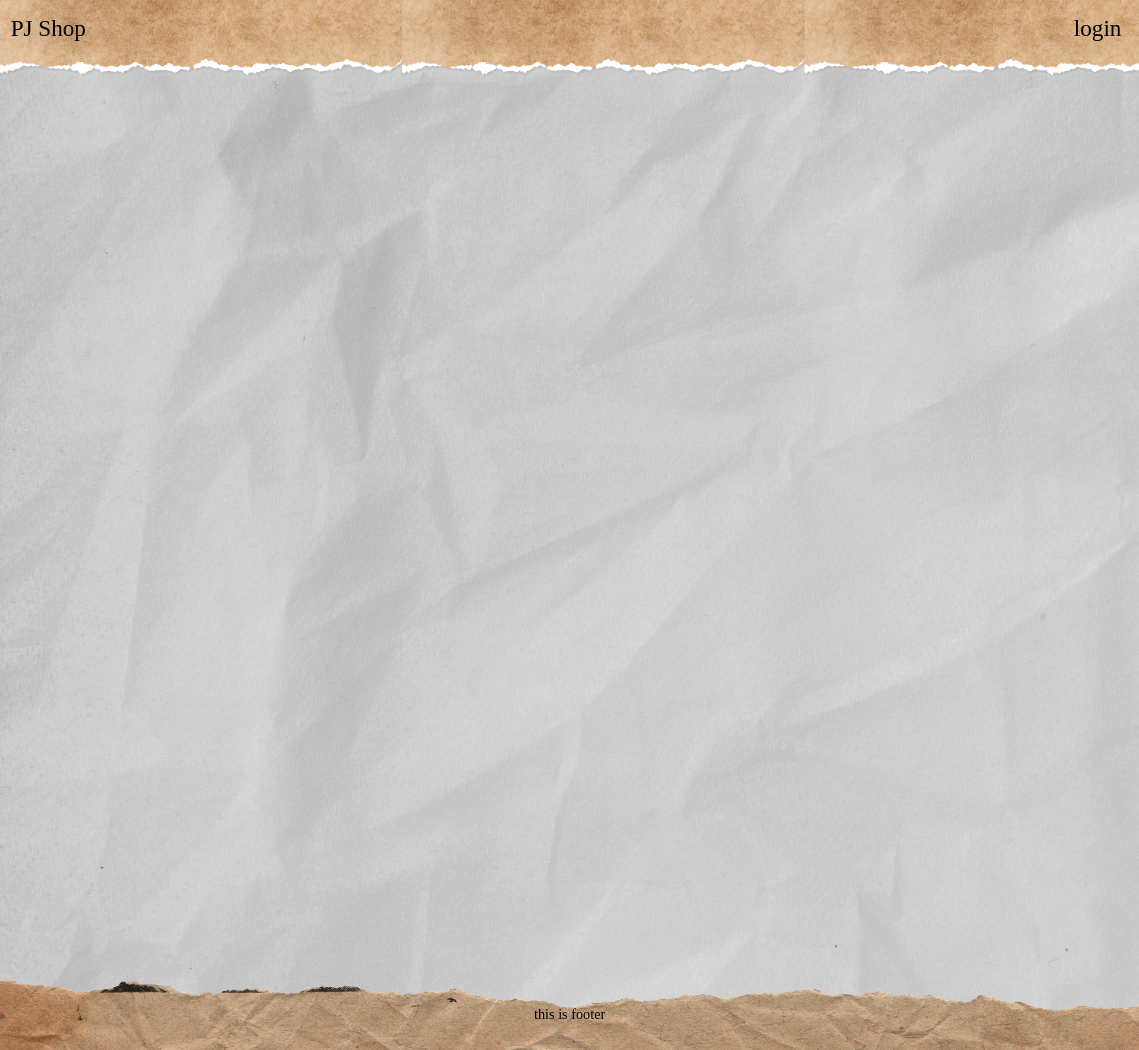
Repository: JUHAHAH/Servlet-Project
Page: http://localhost/SampleProject/shared/MAIN_TEMP.jsp
These files come from the project's save history. The page is drawn as it stood at one moment and after the next save; the edit follows.
The browser window is 1280 px wide. The pictures show the whole page, at 89% of full size.
Some web fonts or font styles are not loaded; a fallback is used. The page is served by Tomcat 10. Other server files are loaded and not shown.

Above is the page before, as saved 2024-03-29 02:33:19.

### SampleProject/src/main/webapp/shared/MAIN_TEMP.jsp
<%@ page language="java" contentType="text/html; charset=UTF-8"
    pageEncoding="UTF-8"%>
<!DOCTYPE html>
<html>
<head>
<meta charset="UTF-8">
<title>Insert title here</title>
<link href="/resources/css/main.css" rel="stylesheet">
</head>
<body>
	<jsp:include page="/shared/header.jsp"></jsp:include>
	<main>





	</main>
	<jsp:include page="/shared/footer.jsp"></jsp:include>
</body>
</html>

### SampleProject/src/main/webapp/shared/header.jsp
<%@ page language="java" contentType="text/html; charset=UTF-8"
    pageEncoding="UTF-8"%>
<%@ taglib prefix="c" uri="http://java.sun.com/jsp/jstl/core"%>
<!DOCTYPE html>
<html>
<head>
<meta charset="UTF-8">
<title>Insert title here</title>
<link href="/resources/css/main.css" rel="stylesheet">
</head>
<body>
<header>
	<div >
		<a href="/">
			PJ Shop
		</a>
		<div>
			<c:choose>
				<c:when test="${ empty sessionScope.loginMember}">
					<a href="/login">login</a>
				</c:when>
				<c:otherwise>
					<div>
                    	잔액:
               		</div>
               		<div>${ sessionScope.loginMember.memberAsset }원</div>
					<a href="/profile">${ sessionScope.loginMember.memberName }</a>
				</c:otherwise>
			</c:choose>
		</div>
	</div>
</header>
<div style="height: 100px; width: 100%"></div>
</body>
</html>

### SampleProject/src/main/webapp/shared/footer.jsp
<%@ page language="java" contentType="text/html; charset=UTF-8"
    pageEncoding="UTF-8"%>
<!DOCTYPE html>
<html>
<head>
<meta charset="UTF-8">
<title>Insert title here</title>
<link href="/resources/css/main.css" rel="stylesheet">
</head>
<body>
<footer>
	this is footer
</footer>
</body>
</html>

### SampleProject/src/main/webapp/resources/css/main.css
* {
  box-sizing: border-box;
  color: rgb(55, 58, 62);
  margin: 0;
  font-family: 'EF_jejudoldam';
}

@font-face {
  font-family: 'EF_jejudoldam';
  src: url('https://cdn.jsdelivr.net/gh/projectnoonnu/noonfonts_2210-EF@1.0/EF_jejudoldam.woff2')
    format('woff2');
  font-weight: normal;
  font-style: normal;
}
a {
  text-decoration: none;
  cursor: pointer;
  color: black;
   transition: 0.1s;
}

a:hover {
  color: rgb(66, 64, 60);

}

.game{
	display: flex;
	justify-content: center;
	align-items: center;
	height: 100%
}

.items{
	display: flex;
	flex-direction: column;
}

.monster {
  width: 400px;
  height: 400px;
}

.monster > * {
  max-width: 100%;
}
button {
  background-color: transparent;
  cursor: pointer;
  border: none;
}
body {
	margin: 0;
   background-image: url('../images/main.jpg');
  background-size: cover;
}

main {
	min-height: 1000px;
	flex-direction: column;
	font-size: 20px;
	width: 100%;
	display: flex;
	align-items: center;
	justify-content: center;
}

.login {
	align-items: center;
	justify-content: center;
	font-size: 20px;
}

.login > button {
	font-size: 20px;
	color: black;

}

header {
  font-size: 26px;
  position: top;
  position: fixed;
  width: 100%;
  justify-content: space-between;
  background-image: url('../images/header.png');
  background-size: contain;
  height: 90px;
}

header > div:first-child {
  display: flex;
  justify-content: space-between;
  align-items: center;
  padding: 12px;
  padding-top: 18px;
  padding-right: 20px;
}

header > div > div {
  display: flex;
}
header > div > div > * {
  padding-left: 8px;
}
header > div > div > a {
  padding-left: 10px;
}

.profile {
	width: 100%;
	font-size: 24px;
	display: flex;
	flex-direction: column;
	align-items: center;
}

.profile > * {
	margin: 10px
}

footer {
	display: flex;
	color: black;
	 background-image: url('../images/footer.png');
  background-size: cover;
	justify-content: center;
	padding-botton: 16px;
	align-items: center;
	height: 80px;
}

.itemFrame {
	margin: 10px;
  display: flex;
  justify-content: center;
  align-items: center;
  flex-direction: column;
  width: 250px;
  height: 250px;
}

.itemFrame > * {
  font-size: 23px;
}

.itemPur {
  display: flex;
  align-items: center;
  justify-content: center;
}

.itemImage {
  display: flex;
  object-fit: cover;
  border-radius: 50%;
  height: 160px;
  width: 160px;
  overflow: hidden;
  margin: 10px
}

After the next save:
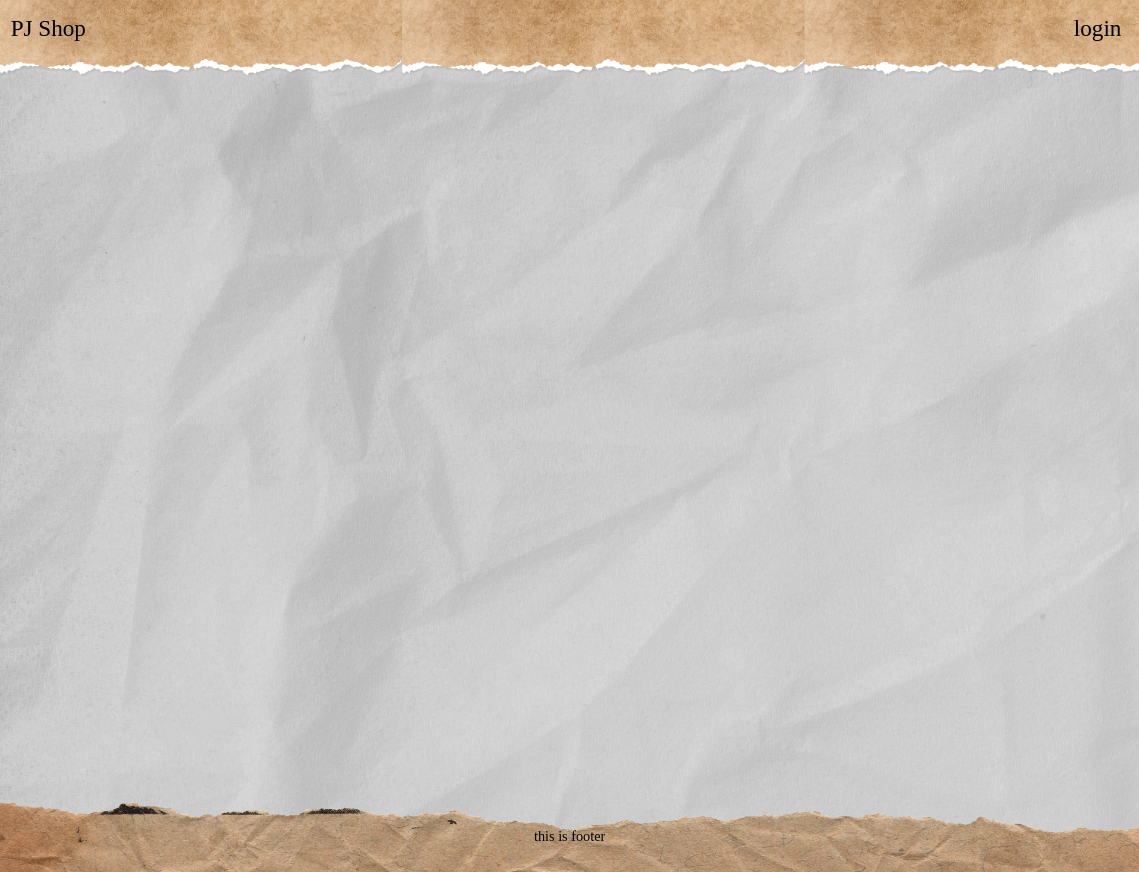
Saved 24 s later.
--- a/SampleProject/src/main/webapp/resources/css/main.css
+++ b/SampleProject/src/main/webapp/resources/css/main.css
@@ -56,7 +56,7 @@ body {
 }
 
 main {
-	min-height: 1000px;
+	min-height: 800px;
 	flex-direction: column;
 	font-size: 20px;
 	width: 100%;
